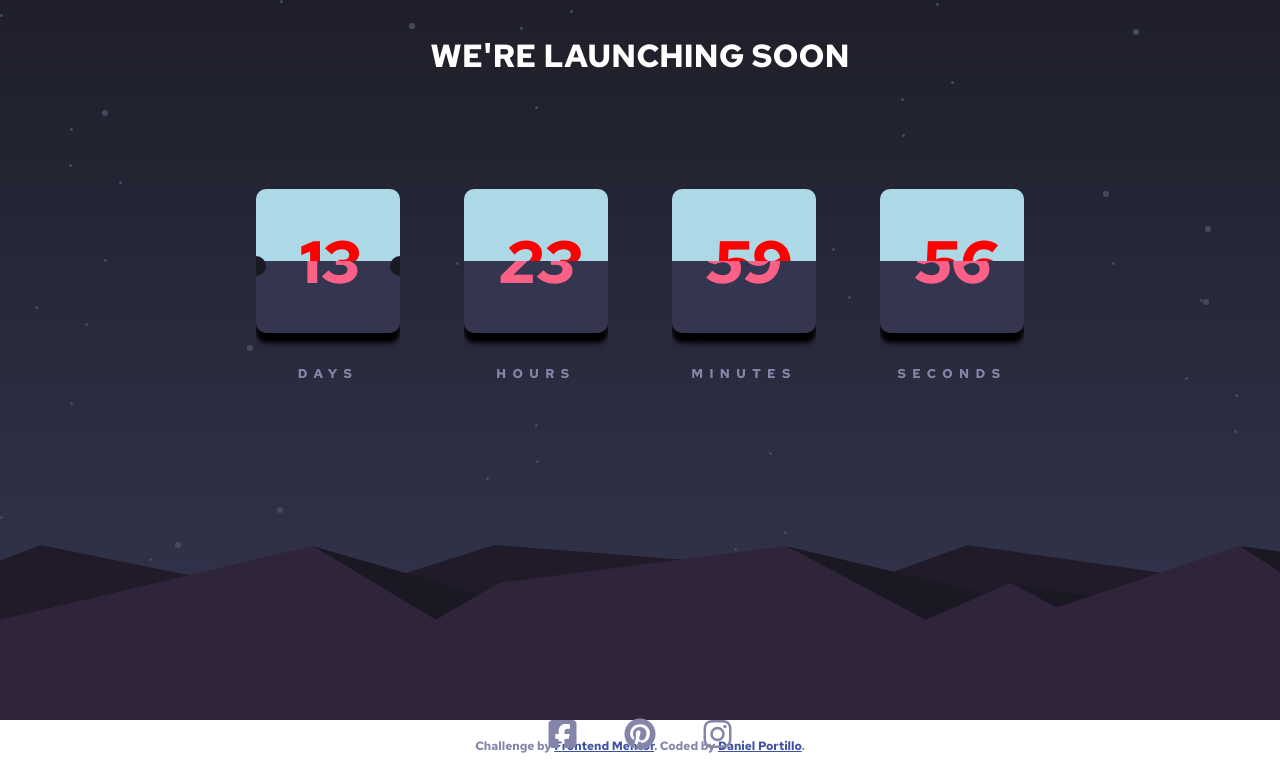
Repository: dportillo23/launch-countdown-timer-main
Page: index.html
The author's editor kept a copy of each file at every save. The page is drawn from the files as they stood at one save, then again after the next save.
The browser window is 1280 px wide. The pictures show the whole page.
Some web libraries are served in a nearby version. The style sheet was rebuilt from its Sass, Less or Tailwind sources for each picture, by a compiler version that may differ from the author's.

Above is the page before, as saved 2021-07-02 10:26:13.

After the next save:
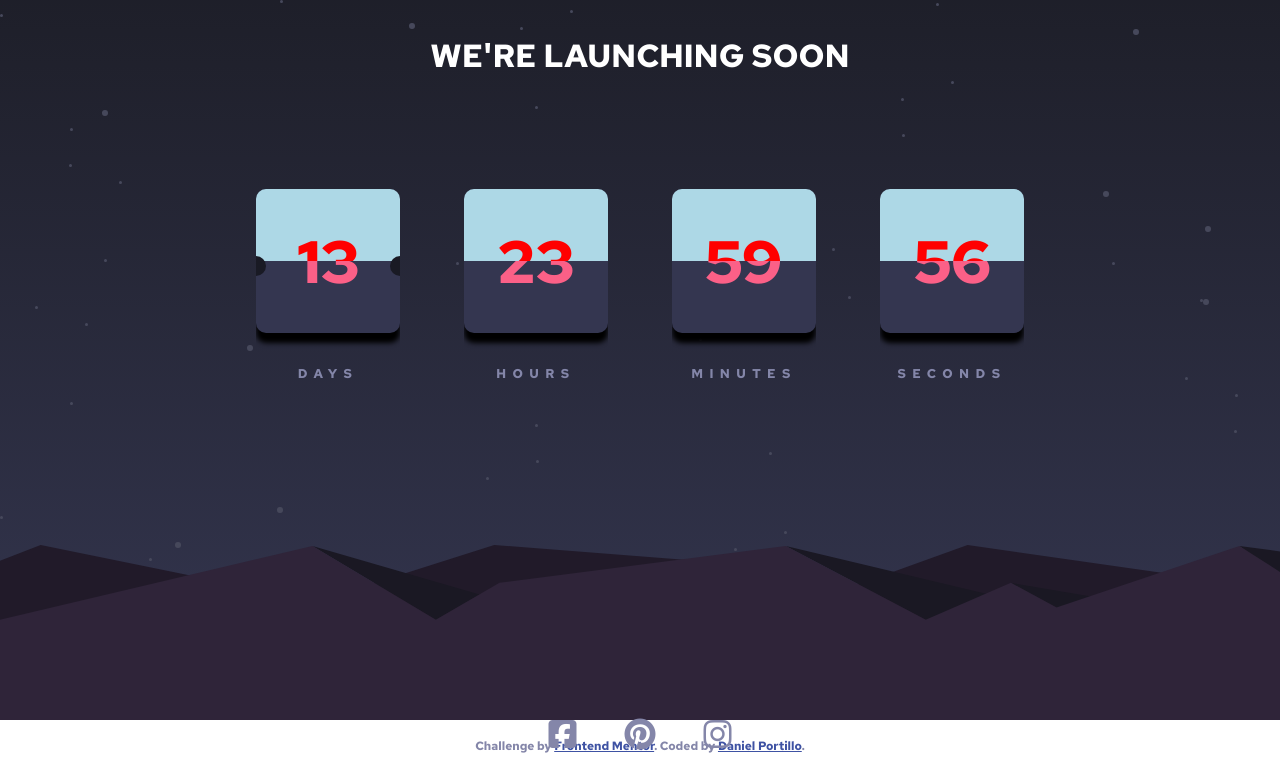
Saved 25 s later.
--- a/style.scss
+++ b/style.scss
@@ -83,8 +83,9 @@ body {
         width: 100%;
         height: 50%;
         color: red;
+        text-align: center;
         background-color: lightblue;
-        padding: 0.5em 30% 0;
+        padding: 0.5em 0 0;
         position: absolute;
         z-index: 1;
         top: 0;
